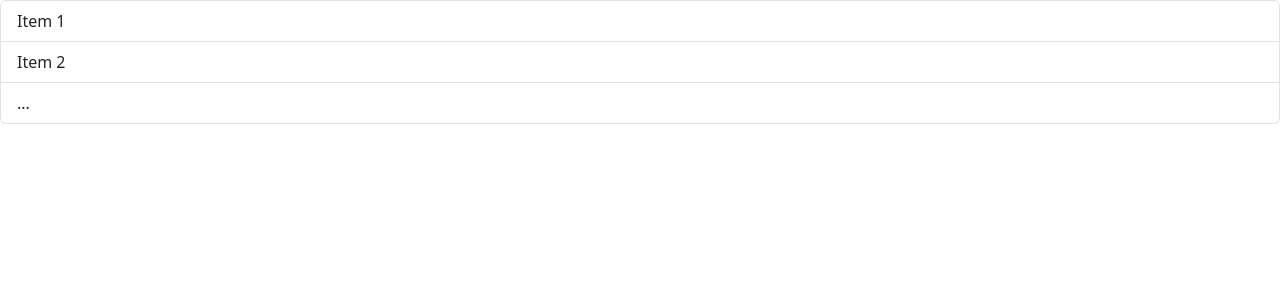
Repository: trider/carmel-allowances-app
Page: /
An editor plug-in stored every save of this project. The page is shown before and after the next save, followed by the edit.
The browser window is 1280 px wide. The pictures show the whole page.
The project was rebuilt for these pictures with package versions that can differ from the ones it lists, and the page was loaded fresh each time. Also part of the build but not shown: src/styles/App.css, src/components/Welcome.js. Imported but missing from the stored project, and not drawn on this page: src/components/Terms.

Above is the page before, as saved 2018-05-07 15:31:03.

### public/index.html
<!DOCTYPE html>
<html lang="en">
  <head>
    <meta charset="utf-8">
    <meta name="viewport" content="width=device-width, initial-scale=1, shrink-to-fit=no">
    <meta name="theme-color" content="#000000">
    <!--
      manifest.json provides metadata used when your web app is added to the
      homescreen on Android. See https://developers.google.com/web/fundamentals/engage-and-retain/web-app-manifest/
    -->
    <link rel="manifest" href="%PUBLIC_URL%/manifest.json">
    <link rel="shortcut icon" href="%PUBLIC_URL%/favicon.ico">
    <!--
      Notice the use of %PUBLIC_URL% in the tags above.
      It will be replaced with the URL of the `public` folder during the build.
      Only files inside the `public` folder can be referenced from the HTML.

      Unlike "/favicon.ico" or "favicon.ico", "%PUBLIC_URL%/favicon.ico" will
      work correctly both with client-side routing and a non-root public URL.
      Learn how to configure a non-root public URL by running `npm run build`.
    -->
    <title>Carmel-Allowance-App</title>

  </head>
  <body>
    <noscript>
      You need to enable JavaScript to run this app.
    </noscript>
    <div id="root"></div>
    <!--
      This HTML file is a template.
      If you open it directly in the browser, you will see an empty page.

      You can add webfonts, meta tags, or analytics to this file.
      The build step will place the bundled scripts into the <body> tag.

      To begin the development, run `npm start` or `yarn start`.
      To create a production bundle, use `npm run build` or `yarn build`.
    -->
  </body>
</html>

### src/index.js
import React from 'react';
import ReactDOM from 'react-dom';
import './styles/index.css';
import App from './App';
import 'bootstrap/dist/css/bootstrap.css';
import 'bootstrap/dist/css/bootstrap-reboot.css';
import 'bootstrap/dist/css/bootstrap-grid.css';
import registerServiceWorker from './lib/registerServiceWorker';

ReactDOM.render(<App />, document.getElementById('root'));
registerServiceWorker();

### src/App.js
import React, { Component } from 'react';
import ReactDOM from 'react-dom';
import Home from './components/Home'

class App extends Component {
  render() {

    return <Home />
  }
}

export default App;

### src/components/Home.js
import React, { Component } from 'react';
import { ListGroup, ListGroupItem } from 'react-bootstrap';
import ReactDOM from 'react-dom';
import Welcome from './Welcome';
import Terms from './Terms';

class Home extends Component {
	constructor(props) {
		super(props);
		this.state = {
			name: '',
			isPopulated: false,
			displayTerms: false,
		};

		this.handleChange = this.handleChange.bind(this);
		this.handleSubmit = this.handleSubmit.bind(this);
		this.handleBack = this.handleBack.bind(this);
	}

	handleChange(event) {
		this.setState({name: event.target.value});
	}

	handleSubmit(event) {
		event.preventDefault();
  this.displayTermsComponent(this.state.name)
	}

	handleBack(event) {
		this.setState({
			isPopulated: false,
			displayTerms: false,
			name:''
		})
	}

handleWeather(event) {
	this.setState({displayWeather: !this.state.displayWeather});
}

	displayTermsComponent(text) {
		if (text.length > 0) {
			this.setState({
				displayTerms: true,
				isPopulated : true,
			})
		} else {
			this.setState({
					displayTerms: false,
					isPopulated: false,
			})
		}
	}

	displayTerms() {
		return this.state.isPopulated
			? (<Terms name={this.state.name} />)
			: (
				<div></div>
			)
	}

	displayName() {
		return this.state.isPopulated
			? (
				<p className="App-intro"></p>
			)
			: (
				<p className="App-intro">Please type your name</p>
			)
	}


	displayForm() {

		return (
			<div>
				<Welcome name={'Welcome'}/> {this.displayName()}
				<form onSubmit={this.handleSubmit}>
					<label>
						Name:
						<input type="text" name={this.state.name}
							value={this.state.name} onChange={this.handleChange} />
					</label>
					<input type="submit" name="Submit"/>
				</form>

			</div>

		)
	}

	render() {
		return (
			<ListGroup>
					<ListGroupItem>Item 1</ListGroupItem>
					<ListGroupItem>Item 2</ListGroupItem>
					<ListGroupItem>...</ListGroupItem>



		</ListGroup>
		)

		// return this.state.displayTerms ? (
		// 	<div className="App">
		// 		{this.displayTerms()}
		// 		<br/>
		// 		<Button bsStyle="primary" bsSize="large" onClick={this.handleBack}>Back</Button>
		// 	</div>) :
		// 		(<div className="App">
		// 		{this.displayForm()}
		// 		</div>
		// 	)
	}
}

export default Home;

Loaded but not shown: src/styles/index.css (common file); src/lib/registerServiceWorker.js (library)

After the next save:
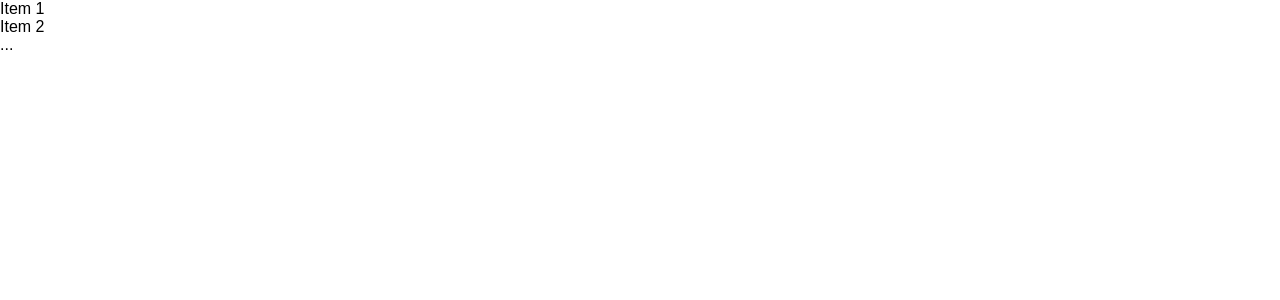
Saved 11 s later.
--- a/src/index.js
+++ b/src/index.js
@@ -2,9 +2,9 @@
 import ReactDOM from 'react-dom';
 import './styles/index.css';
 import App from './App';
-import 'bootstrap/dist/css/bootstrap.css';
-import 'bootstrap/dist/css/bootstrap-reboot.css';
-import 'bootstrap/dist/css/bootstrap-grid.css';
+// import 'bootstrap/dist/css/bootstrap.css';
+// import 'bootstrap/dist/css/bootstrap-reboot.css';
+// import 'bootstrap/dist/css/bootstrap-grid.css';
 import registerServiceWorker from './lib/registerServiceWorker';
 
 ReactDOM.render(<App />, document.getElementById('root'));

After the save that followed:
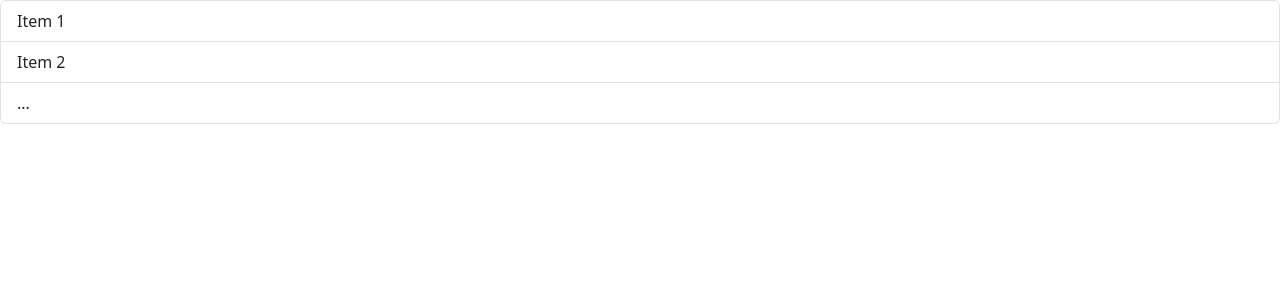
Saved 9 s later.
--- a/src/index.js
+++ b/src/index.js
@@ -2,9 +2,9 @@
 import ReactDOM from 'react-dom';
 import './styles/index.css';
 import App from './App';
-// import 'bootstrap/dist/css/bootstrap.css';
-// import 'bootstrap/dist/css/bootstrap-reboot.css';
-// import 'bootstrap/dist/css/bootstrap-grid.css';
+import 'bootstrap/dist/css/bootstrap.css';
+import 'bootstrap/dist/css/bootstrap-reboot.css';
+import 'bootstrap/dist/css/bootstrap-grid.css';
 import registerServiceWorker from './lib/registerServiceWorker';
 
 ReactDOM.render(<App />, document.getElementById('root'));
